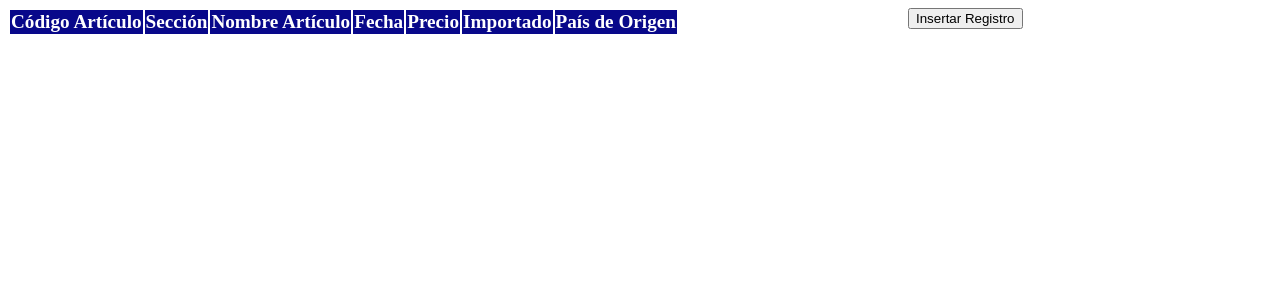
Repository: FernandoJFernandez/Curso-java-2022
Page: http://localhost/Web_de_Productos/ControladorProductos
The author's editor kept a copy of each file at every save. The page is drawn from the files as they stood at one save, then again after the next save.
The browser window is 1280 px wide. The pictures show the whole page.
The page is served by Tomcat 9. Other server files are loaded and not shown. Queries for data that is not in the repository find no rows.

Above is the page before, as saved 2023-04-24 22:56:03.

### Web_de_Productos/src/main/webapp/ListaProductos.jsp
<%@ page language="java" contentType="text/html; charset=UTF-8"
    pageEncoding="UTF-8"%>
<%@taglib uri="http://java.sun.com/jsp/jstl/core" prefix = "c" %>

<!DOCTYPE html>
<html>
<head>
	<meta charset="UTF-8">
	<title>Lista Productos</title>
	<style type="text/css">
		.cabecera{
			font-size: 1.2em;
			font-weight: bold;
			color: #FFFFFF;
			background-color: #08088A;
		}
		.filas{
			text-align: center;
			background-color: #5882FA;
		}
		table{
			float: left;
		}
		#contenedorBoton{
			margin-left: 900px;
		}
	</style>
</head>
<body>
	<table>
		<tr>
			<td class="cabecera">Código Artículo</td>
			<td class="cabecera">Sección</td>
			<td class="cabecera">Nombre Artículo</td>
			<td class="cabecera">Fecha</td>
			<td class="cabecera">Precio</td>
			<td class="cabecera">Importado</td>
			<td class="cabecera">País de Origen</td>
		</tr>

		<c:forEach var="tempProd" items="${LISTAPRODUCTOS}">
			<tr>
				<td class="filas">${tempProd.cArt}</td>
				<td class="filas">${tempProd.seccion}</td>
				<td class="filas">${tempProd.nArt}</td>
				<td class="filas">${tempProd.fecha}</td>
				<td class="filas">${tempProd.precio}</td>
				<td class="filas">${tempProd.importado}</td>
				<td class="filas">${tempProd.pOrig}</td>
			</tr>
		</c:forEach>
	</table>
	<div id="contenedorBoton">
		<input type="button" value="Insertar Registro"/>
	</div>
</body>
</html>

### Web_de_Productos/src/main/java/com/pildorasinformaticas/productos/ControladorProductos.java
package com.pildorasinformaticas.productos;

import java.io.IOException;
import java.util.List;

import javax.annotation.Resource;
import javax.servlet.RequestDispatcher;
import javax.servlet.ServletException;
import javax.servlet.annotation.WebServlet;
import javax.servlet.http.HttpServlet;
import javax.servlet.http.HttpServletRequest;
import javax.servlet.http.HttpServletResponse;
import javax.sql.DataSource;

/**
 * Servlet implementation class ControladorProductos
 */
@WebServlet("/ControladorProductos")
public class ControladorProductos extends HttpServlet {
	private static final long serialVersionUID = 1L;

	private ModeloProductos modeloProductos;

	//Definir o establecer el datasource
	@Resource (name="jdbc/productos")
	private DataSource miPool;

	@Override
	public void init() throws ServletException {
		// TODO Auto-generated method stub
		super.init();

		try {
			modeloProductos = new ModeloProductos(miPool);
		}catch(Exception e) {
			throw new ServletException(e);
		}
	}

	/**
	 * @see HttpServlet#doGet(HttpServletRequest request, HttpServletResponse response)
	 */
	protected void doGet(HttpServletRequest request, HttpServletResponse response) throws ServletException, IOException {
		// TODO Auto-generated method stub
		//response.getWriter().append("Served at: ").append(request.getContextPath());

		//Obtener la lista de productos desde el modelo
		List<Productos> productos;

		try {
			productos = modeloProductos.getProductos();

		//Agregar lista de productos al request
		request.setAttribute("LISTAPRODUCTOS", productos);

		//Enviar ese request a la página JSP
		RequestDispatcher miDispatcher = request.getRequestDispatcher("/ListaProductos.jsp");
		miDispatcher.forward(request, response);

		}catch(Exception e) {
			e.printStackTrace();
		}
	}
}

After the next save:
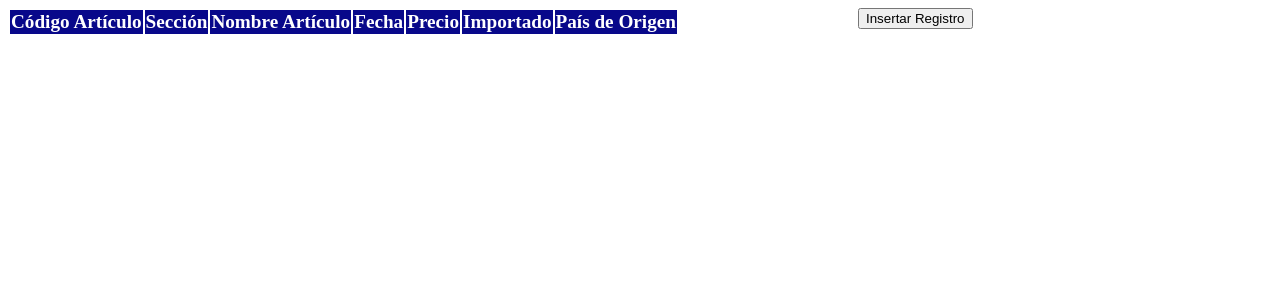
Saved 17 s later.
--- a/Web_de_Productos/src/main/webapp/ListaProductos.jsp
+++ b/Web_de_Productos/src/main/webapp/ListaProductos.jsp
@@ -22,7 +22,7 @@
 			float: left;
 		}
 		#contenedorBoton{
-			margin-left: 900px;
+			margin-left: 850px;
 		}
 	</style>
 </head>
